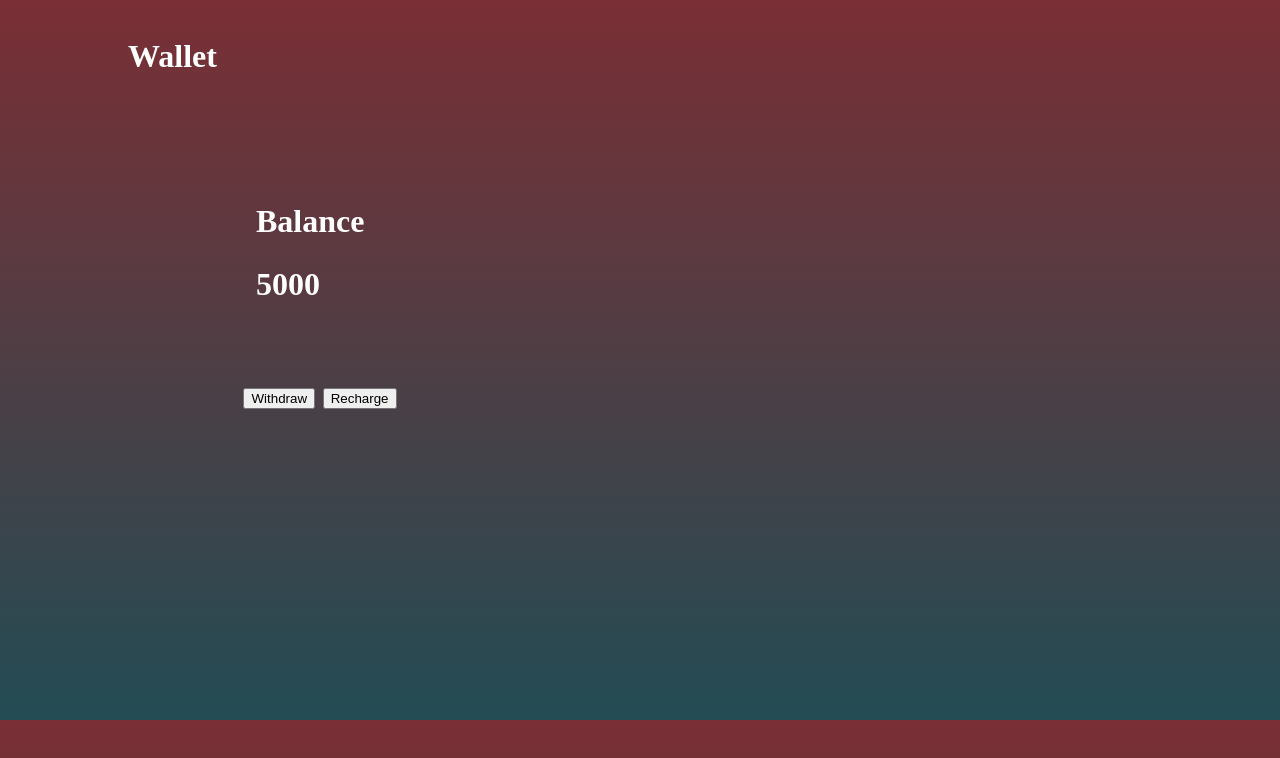
Repository: jagan607/N-Kalari
Page: /
An editor plug-in stored every save of this project. The page is shown before and after the next save, followed by the edit.
The browser window is 1280 px wide. The pictures show the whole page.
The project was rebuilt for these pictures with package versions that can differ from the ones it lists, and the page was loaded fresh each time. Also part of the build but not shown: src/App.css, src/helpers/firebase.js, src/components/Login/Login.js.

Above is the page before, as saved 2022-01-07 17:29:20.

### src/index.css
body,
html,
.App,
#root,
.main {
  width: 100%;
  height:100%;
  scroll-behavior: smooth;

}
body{
    margin: 0;
    padding: 0;
    text-align: center;
    background-image: linear-gradient(#7A2F35, #234C54);
  }

### src/App.js
import logo from './logo.svg';
import './App.css';
import React, { Component } from "react"
import Login from './components/Login/Login'
import Wallet from './components/wallet/Wallet'
import {history} from './helpers/history'
import {Router, Route, Routes } from "react-router-dom";


class App extends Component {
  constructor(props) {
    super(props);
  }

  render() {
    return(
      <div>
        {/* <Login></Login> */}

        <Wallet></Wallet>

          {/* <Route exact path="/">
          </Route> */}
          {/* <Route exact path="/wallet">
            <Wallet/>
          </Route> */}
     </div>
    );
}
}

export default App;

### src/components/wallet/Wallet.js
import React, { Component } from "react"
import styles from './index.css';

class Wallet extends Component{
    constructor(props){
        super(props);


    }

    render(){
        return(
            <div>
            <div className="balance">
            <h1 className="heading">Wallet</h1>
            <h1 className="balance-heading">Balance </h1>
            <h1 className="balance-value">5000</h1>
            </div>
            <div className="buttons">
                <button className="withdraw">Withdraw</button>
                <button className="recharge">Recharge</button>

            </div>
            </div>

        )
    }
}
export default Wallet;

### src/components/wallet/index.css
.heading{
    color: white;
    text-align: left;
    margin-left: 10%;
    margin-top: 3%;
}

.balance-heading{
    color :white;
    text-align: left;
    margin-left: 20%;
    margin-top: 10%;
}

.balance-value{
    color :white;
    text-align: left;
    margin-left: 20%;
    margin-top: 2%;
}

.buttons{
    width: 30%;
    float: left;
    margin-left: 10%;
    margin-top: 5%;
}

.withdraw{
    margin-right: 2%;
}

Loaded but not shown: public/index.html (common file); src/index.js (common file); src/reportWebVitals.js (common file); src/helpers/history.js (common file)

After the next save:
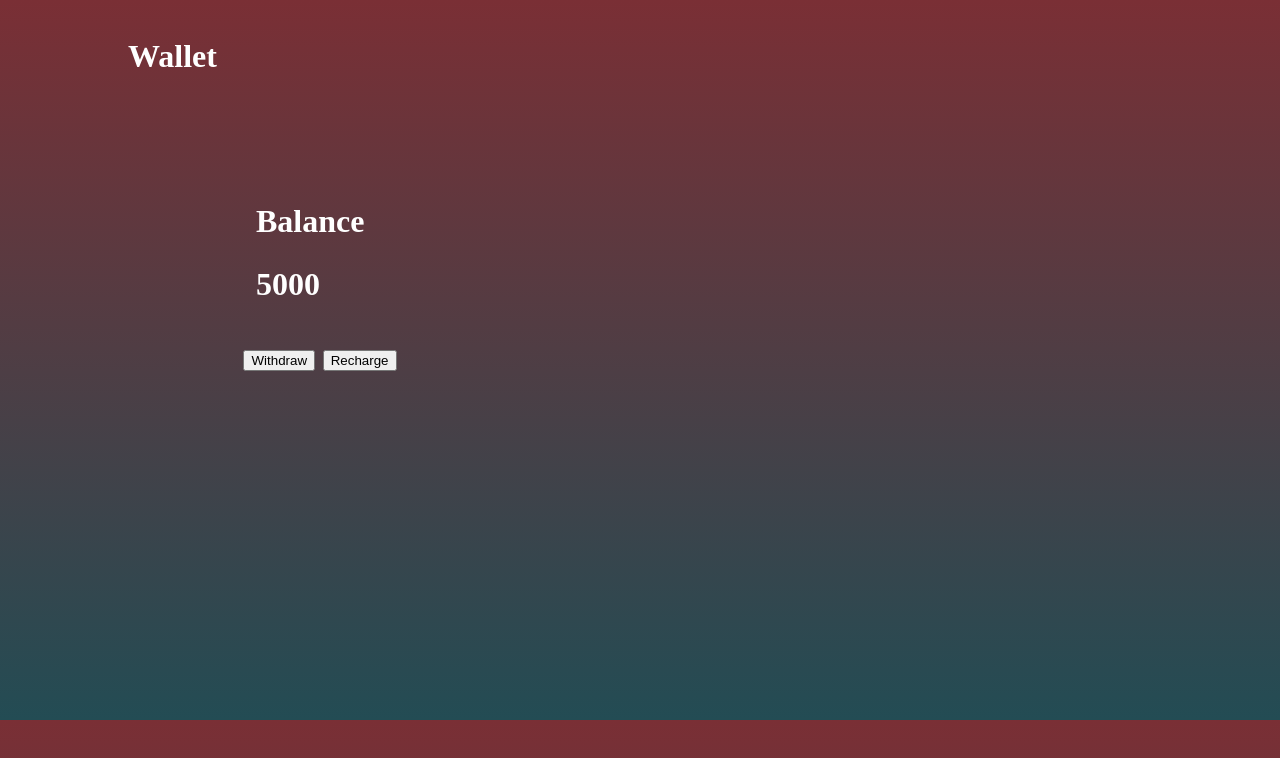
Saved 6 s later.
--- a/src/components/wallet/index.css
+++ b/src/components/wallet/index.css
@@ -23,7 +23,7 @@
     width: 30%;
     float: left;
     margin-left: 10%;
-    margin-top: 5%;
+    margin-top: 2%;
 }
 
 .withdraw{
